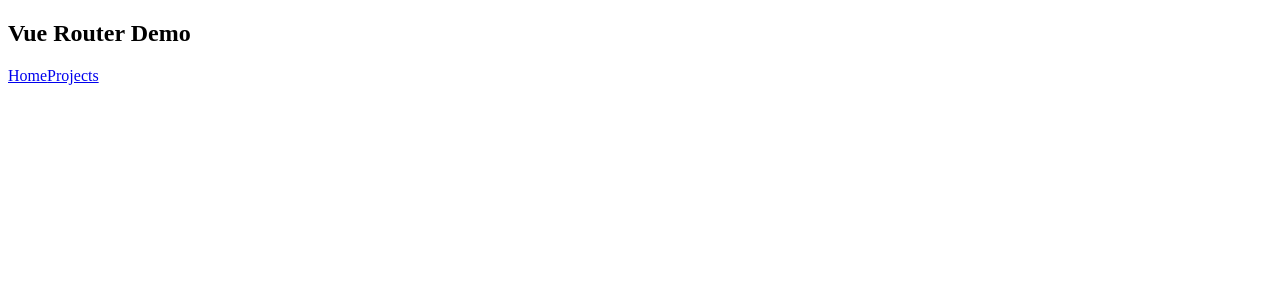
Repository: WAY-C/JSCodes
Page: / (app in Vue/25路由案例/count/)
The author's editor kept a copy of each file at every save. The page is drawn from the files as they stood at one save, then again after the next save.
The browser window is 1280 px wide. The pictures show the whole page.
The project was rebuilt for these pictures with package versions that can differ from the ones it lists, and the page was loaded fresh each time. Imported but missing from the stored project, and not drawn on this page: Vue/25路由案例/count/src/components/Count, Vue/25路由案例/count/src/components/Home, Vue/25路由案例/count/src/components/Projects.

Above is the page before, as saved 2021-10-06 19:55:31.

After the next save:
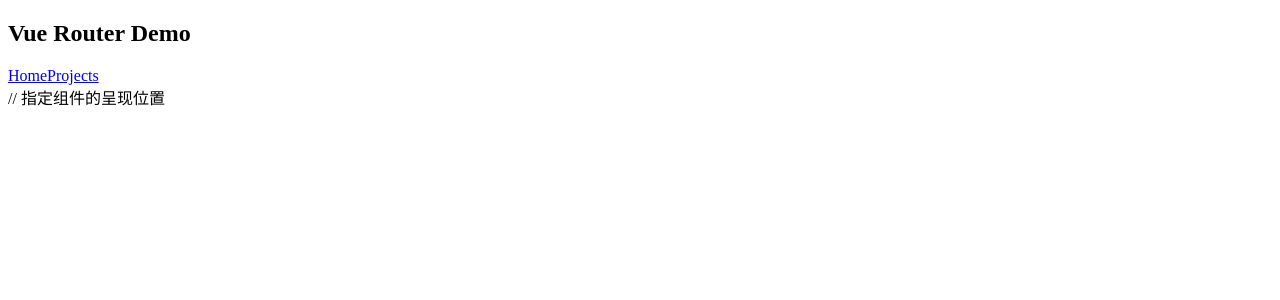
Saved 11 s later.
--- a/Vue/25路由案例/count/src/App.vue
+++ b/Vue/25路由案例/count/src/App.vue
@@ -24,6 +24,7 @@
       <div class="col-xs-6">
         <div class="panel">
           <div class="panel-body">
+            // 指定组件的呈现位置
             <router-view></router-view>
           </div>
         </div>

After the save that followed:
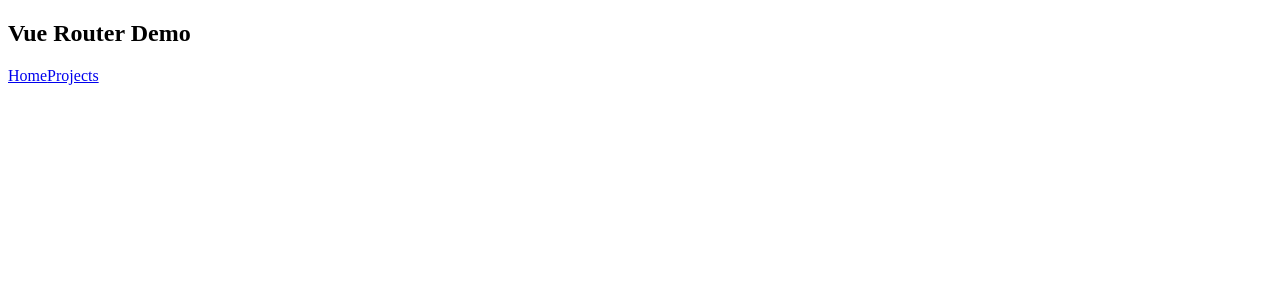
Saved 5 s later.
--- a/Vue/25路由案例/count/src/App.vue
+++ b/Vue/25路由案例/count/src/App.vue
@@ -24,7 +24,7 @@
       <div class="col-xs-6">
         <div class="panel">
           <div class="panel-body">
-            // 指定组件的呈现位置
+            <!-- 指定组件的呈现位置 -->
             <router-view></router-view>
           </div>
         </div>
